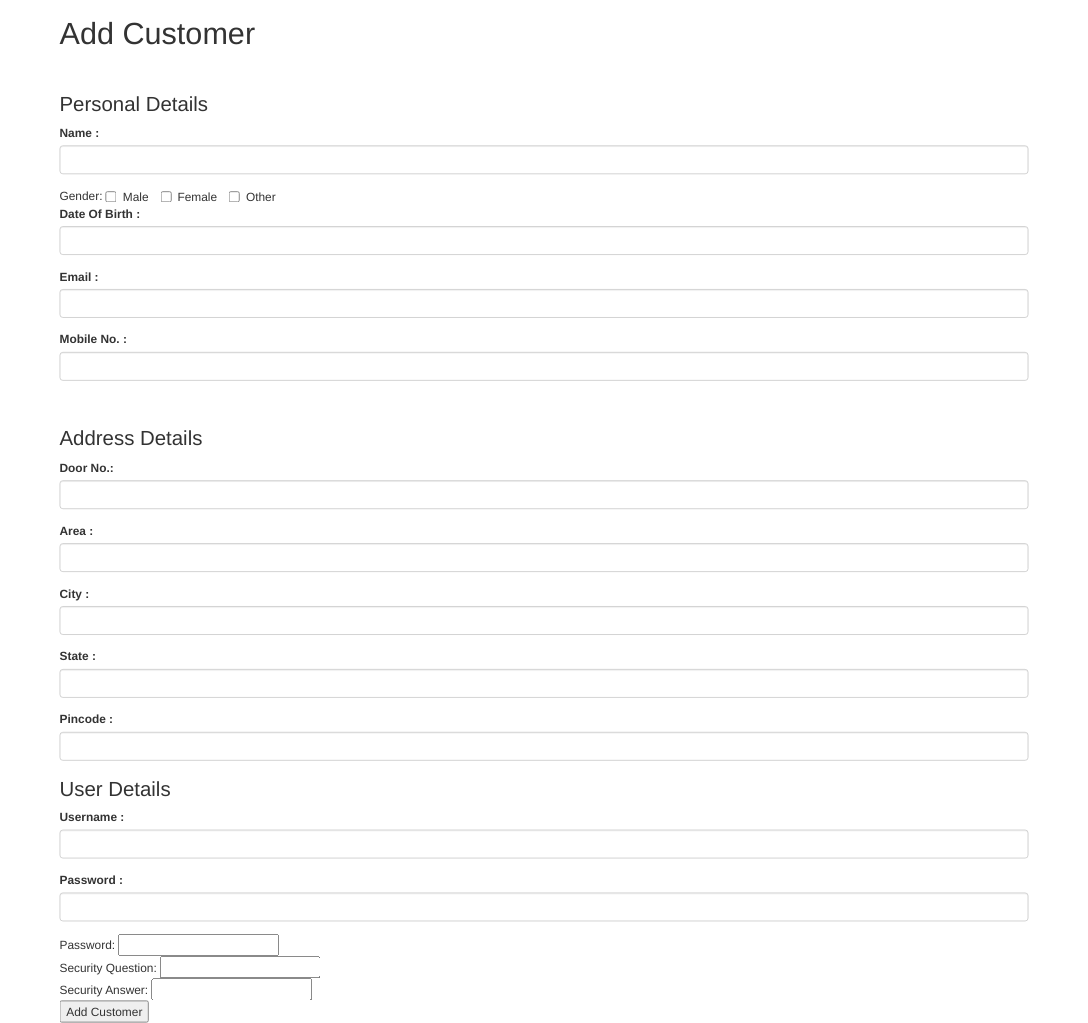
Repository: Shubham-Gawade/SpringHibernateTraining
Page: http://localhost/xorbankonline/WEB-INF/pages/addcustomer.jsp
An editor plug-in stored every save of this project. The page is shown before and after the next save, followed by the edit.
The browser window is 1280 px wide. The pictures show the whole page, at 85% of full size.
The page is served by Tomcat 9. Nobody is signed in. Other server files are loaded and not shown. The template is opened directly, without the code that normally fills it, so the values that code supplies are empty.

Above is the page before, as saved 2021-10-07 04:32:17.

### xorbankonline/src/main/webapp/WEB-INF/pages/addcustomer.jsp
<%@ page language="java" contentType="text/html; charset=ISO-8859-1"
    pageEncoding="ISO-8859-1"%>
<%@ taglib prefix="form" uri="http://www.springframework.org/tags/form" %>
<!DOCTYPE html>
<html>
<head>
<meta charset="ISO-8859-1">
<title>Insert title here</title>
<link rel="stylesheet" href="https://maxcdn.bootstrapcdn.com/bootstrap/3.3.7/css/bootstrap.min.css">
</head>
<body class="container">
	<h1>Add Customer</h1>
	<form:form action="addcustomer" method="post" modelAttribute="customerObj">
		<br/>
		<h3>Personal Details</h3>
		<div class="form-group">
		    <label for="name">Name :</label>
		    <form:input type="text" path="personName" class="form-control" name="name"/>
		</div>
		Gender:
		<label class="checkbox-inline"><input type="checkbox" value="MALE">Male</label>
		<label class="checkbox-inline"><input type="checkbox" value="FEMALE">Female</label>
		<label class="checkbox-inline"><input type="checkbox" value="OTHER">Other</label>
		<div class="form-group">
		    <label for="dateOfBirth">Date Of Birth :</label>
		    <input type="text" class="form-control" name="dateOfBirth">
		</div>
		<div class="form-group">
		    <label for="email">Email :</label>
		    <form:input type="email" class="form-control" path="email" name="email"/>
		</div>
		<div class="form-group">
		    <label for="email">Mobile No. :</label>
		    <form:input type="number" class="form-control" path="mobileNo" name="mobileNo"/>
		</div>

		<br/>
		<h3>Address Details</h3>
		<div class="form-group">
		    <label for="doorNo">Door No.:</label>
		    <form:input type="text" class="form-control" path="address.doorNo" name="doorNo"/>
		</div>
		<div class="form-group">
		    <label for="area">Area :</label>
		    <form:input type="text" class="form-control" path="address.area" name="area"/>
		</div>
		<div class="form-group">
		    <label for="city">City :</label>
		    <form:input type="text" class="form-control" path="address.city" name="city"/>
		</div>
		<div class="form-group">
		    <label for="state">State :</label>
		    <form:input type="text" class="form-control" path="address.state" name="state"/>
		</div>
		<div class="form-group">
		    <label for="pincode">Pincode :</label>
		    <form:input type="text" class="form-control" path="address.picode" name="pincode"/>
		</div>

		<h3>User Details</h3>
		<div class="form-group">
		    <label for="username">Username :</label>
		    <form:input type="text" class="form-control" path="address.username" name="username"/>
		</div>
		<div class="form-group">
		    <label for="pincode">Password :</label>
		    <form:input type="text" class="form-control" path="address.username" name="username"/>
		</div>
		Password: <form:input path="user.password" type="password"/><br/>
		Security Question: <form:input path="user.securityQuestion" type="text"/><br/>
		Security Answer: <form:input path="user.securityAnswer" type="text"/><br/>
		<input type="submit" value="Add Customer"/>
	</form:form>
</body>
</html>

After the next save:
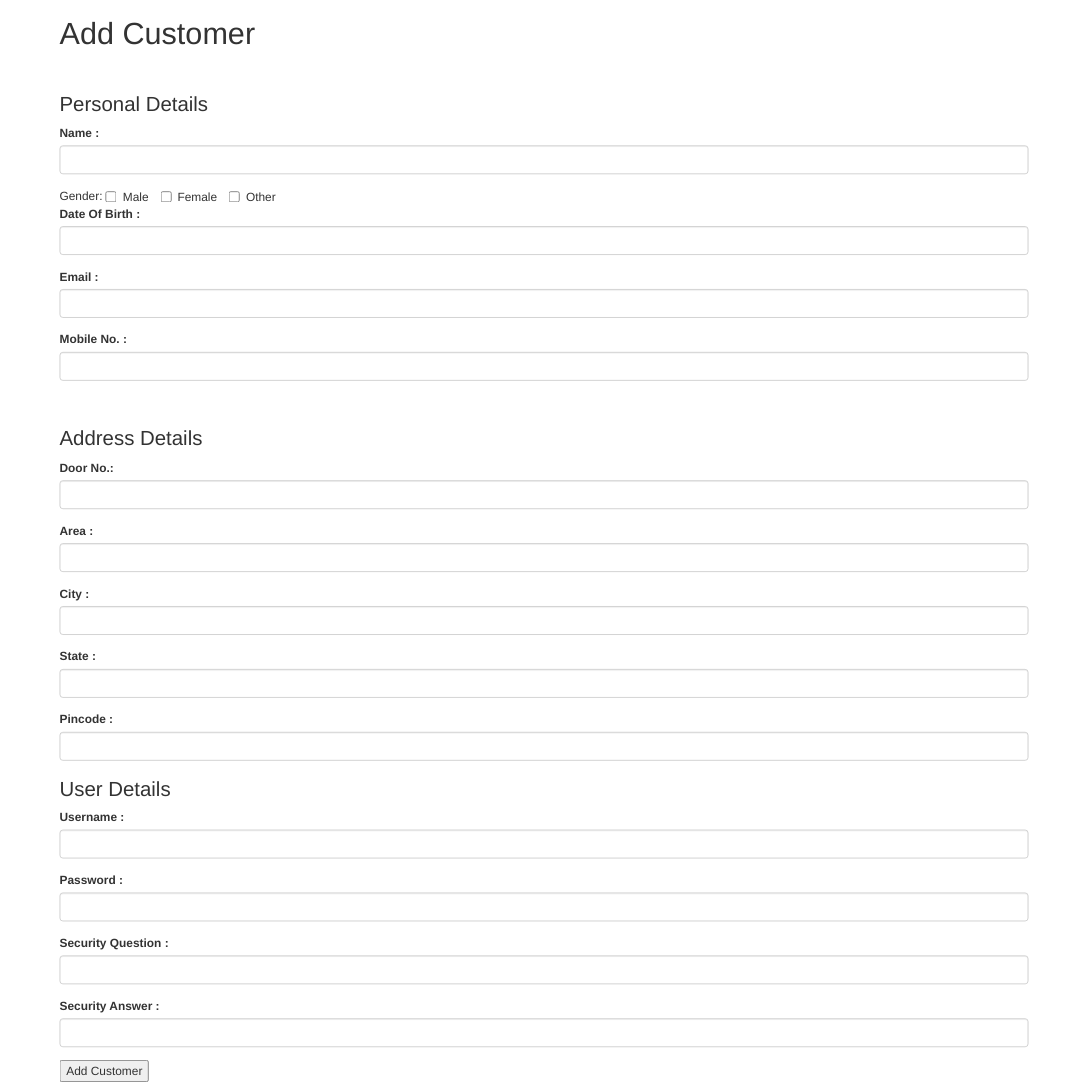
Saved 73 s later.
--- a/xorbankonline/src/main/webapp/WEB-INF/pages/addcustomer.jsp
+++ b/xorbankonline/src/main/webapp/WEB-INF/pages/addcustomer.jsp
@@ -60,15 +60,20 @@
 		<h3>User Details</h3>
 		<div class="form-group">
 		    <label for="username">Username :</label>
-		    <form:input type="text" class="form-control" path="address.username" name="username"/>
+		    <form:input type="text" class="form-control" path="user.username" name="username"/>
 		</div>
 		<div class="form-group">
-		    <label for="pincode">Password :</label>
-		    <form:input type="text" class="form-control" path="address.username" name="username"/>
+		    <label for="password">Password :</label>
+		    <form:input type="text" class="form-control" path="user.password" name="password"/>
 		</div>
-		Password: <form:input path="user.password" type="password"/><br/>
-		Security Question: <form:input path="user.securityQuestion" type="text"/><br/>
-		Security Answer: <form:input path="user.securityAnswer" type="text"/><br/>
+		<div class="form-group">
+		    <label for="securityQuestion">Security Question :</label>
+		    <form:input type="text" class="form-control" path="user.securityQuestion" name="securityQuestion"/>
+		</div>
+		<div class="form-group">
+		    <label for="securityQuestion">Security Answer :</label>
+		    <form:input type="text" class="form-control" path="user.securityQuestion" name="securityQuestion"/>
+		</div>
 		<input type="submit" value="Add Customer"/>
 	</form:form>
 </body>
